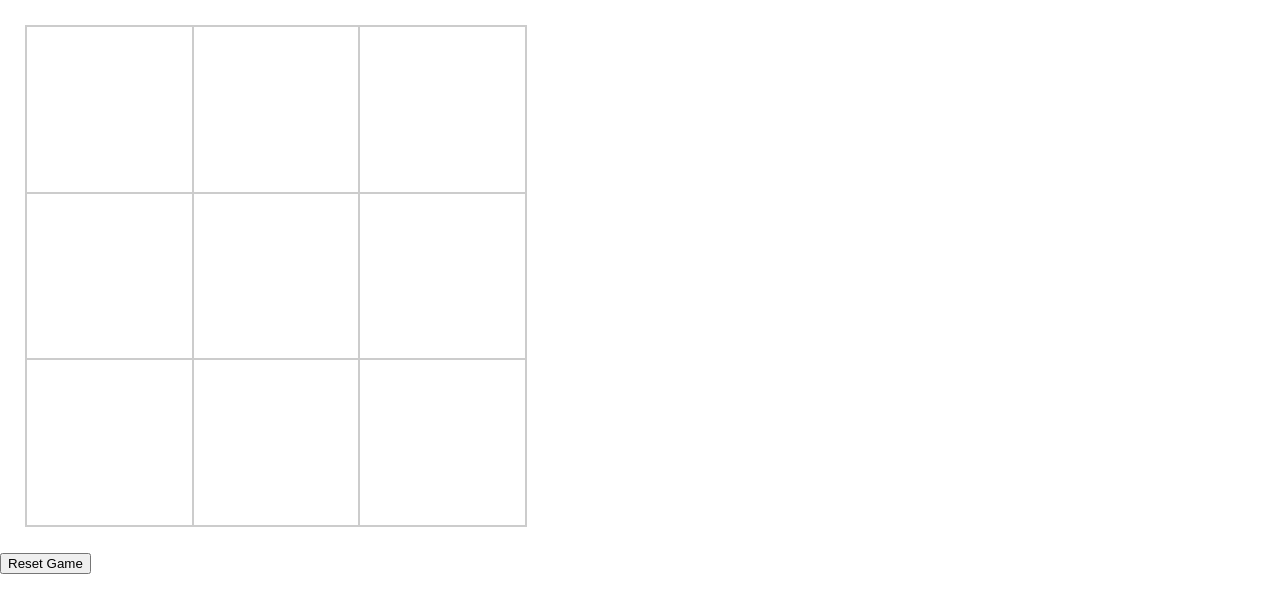
Repository: 16-Doffy/FE-Js
Page: /
These files come from the project's save history. The page is drawn as it stood at one moment and after the next save; the edit follows.
The browser window is 1280 px wide. The pictures show the whole page.
The project was rebuilt for these pictures with package versions that can differ from the ones it lists, and the page was loaded fresh each time. Also part of the build but not shown: src/App.css, src/components/state/ToggleStyles.css, src/components/state/Toggle.js.

Above is the page before, as saved 2025-01-07 16:25:32.

After the next save:
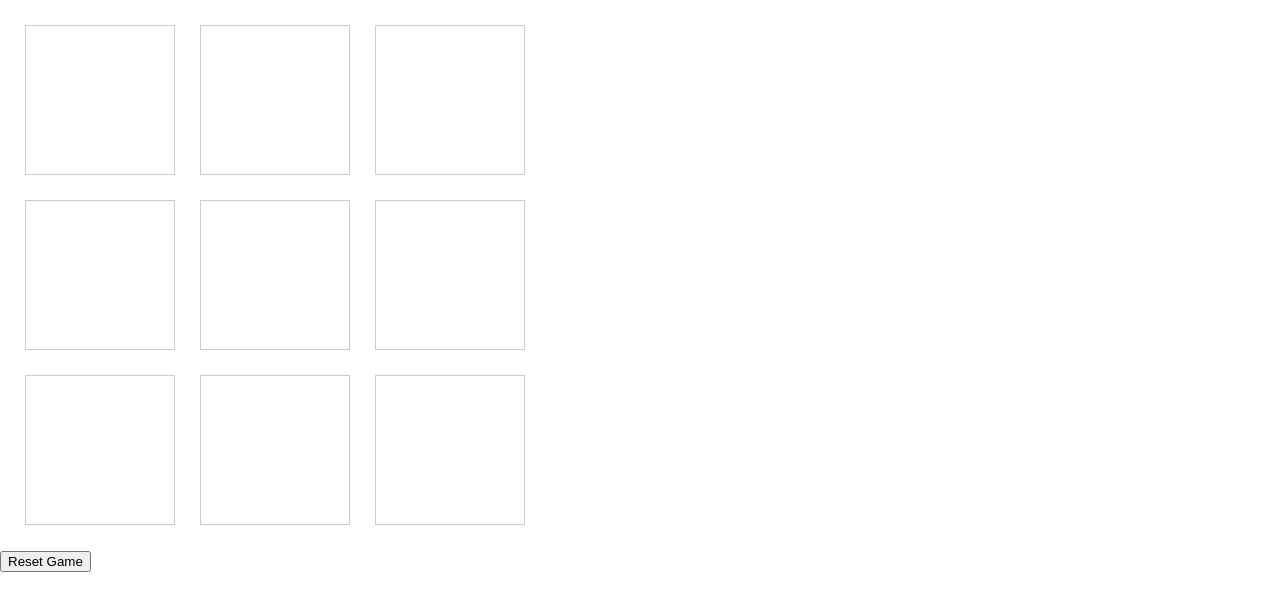
Saved 70 s later.
--- a/src/components/tictacle/GameStyle.css
+++ b/src/components/tictacle/GameStyle.css
@@ -1,10 +1,11 @@
 .game-board{
     margin: 25px;
     width: 500px;height: 500px;
-    border: 1px solid #ccc;
+
     display: grid;
     grid-template-columns: repeat(3, 1fr);
     grid-template-rows: repeat(3, 1fr);
+    gap: 25px;
 }
 .game-cell{
  border: 1px solid #ccc;
